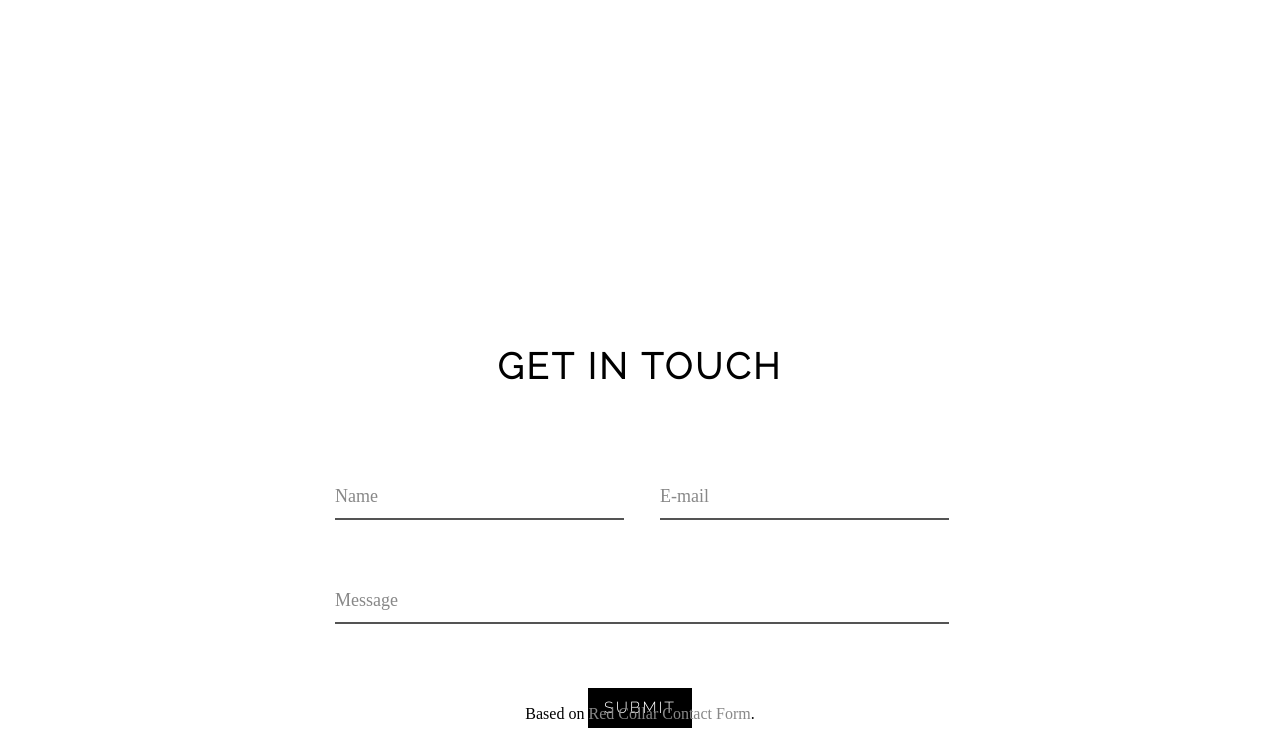
Repository: Alejandr0Aceved0/AWS_SERVICES_AND_INSTANCES
Page: register.html
An editor plug-in stored every save of this project. The page is shown before and after the next save, followed by the edit.
The browser window is 1280 px wide. The pictures show the whole page.
Some web fonts or font styles are not loaded; a fallback is used.

Above is the page before, as saved 2024-10-17 16:18:32.

### register.html
<!DOCTYPE html>
<html>

<head>
    <meta charset='utf-8'>
    <meta http-equiv='X-UA-Compatible' content='IE=edge'>
    <title>Register Page</title>
    <meta name='viewport' content='width=device-width, initial-scale=1'>
    <link rel='stylesheet' type='text/css' media='screen' href='styles/appRegister.css'>
    <script src='appRegister.js'></script>
</head>

<body>


    <section class="get-in-touch">
        <h1 class="title">Get in touch</h1>
        <form class="contact-form row">
           <div class="form-field col x-50">
              <input id="name" class="input-text js-input" type="text" required>
              <label class="label" for="name">Name</label>
           </div>
           <div class="form-field col x-50">
              <input id="email" class="input-text js-input" type="email" required>
              <label class="label" for="email">E-mail</label>
           </div>
           <div class="form-field col x-100">
              <input id="message" class="input-text js-input" type="text" required>
              <label class="label" for="message">Message</label>
           </div>
           <div class="form-field col x-100 align-center">
              <input class="submit-btn" type="submit" value="Submit">
           </div>
        </form>
     </section>
     <p class="note">Based on <a class="link" href="http://redcollar.digital/contacts/" target="blank">Red Collar Contact Form</a>.</p>


    <!-- <div class="form-field col x-50">
        <input id="name" class="input-text js-input" type="text" required>
        <label class="label" for="name">Name</label>
     </div>

    <p>
    <h1>Registro de usuario</h1>

    <input type="text" placeholder="Id usuario" class="form-input-text__FormInput-sc-xxedi2-0 form-input-text___StyledFormInput-sc-xxedi2-1 dzARff ldZduL">
    <br>

    <input type="text" placeholder="Nombre" class="form-input-text__FormInput-sc-xxedi2-0 form-input-text___StyledFormInput-sc-xxedi2-1 dzARff ldZduL">
    <br>

    <input type="text" placeholder="Apellido" class="form-input-text__FormInput-sc-xxedi2-0 form-input-text___StyledFormInput-sc-xxedi2-1 dzARff ldZduL">
    <br>

    <input type="text" placeholder="Area laboral" class="form-input-text__FormInput-sc-xxedi2-0 form-input-text___StyledFormInput-sc-xxedi2-1 dzARff ldZduL">
    <br>
    <br>

    <input type="text" placeholder="Click Me!" class="form-input-text__FormInput-sc-xxedi2-0 form-input-text___StyledFormInput-sc-xxedi2-1 dzARff ldZduL">
    <br>

    <button class="button-30" role="button">Registrar</button> -->
</body>

</html>

### styles/appRegister.css
@import url(https://fonts.googleapis.com/css?family=Raleway:300);
@import url(https://fonts.googleapis.com/css?family=Lusitana:400,700);

@mixin clearfix {
    &:after {
        content: "";
        display: table;
        clear: both;
    }
}

.align-center {
    text-align: center;
}


html {
    height: 100%;
}

body {
    height: 100%;
    position: relative;
}

.row {
    @include clearfix;
    margin: -20px 0;

    .col {
        padding: 0 20px;
        float: left;
        box-sizing: border-box;

        &.x-50 {
            width: 50%;
        }

        &.x-100 {
            width: 100%;
        }
    }
}

.content-wrapper {
    min-height: 100%;
    position: relative;
}

.get-in-touch {
    max-width: 650px;
    margin: 0 auto;
    position: relative;
    top: 50%;
    transform: translateY(-50%);

    .title {
        text-align: center;
        font-family: Raleway, sans-serif;
        text-transform: uppercase;
        letter-spacing: 3px;
        font-size: 36px;
        line-height: 48px;
        padding-bottom: 48px;
    }
}

.contact-form {
    .form-field {
        position: relative;
        margin: 32px 0;
    }

    .input-text {
        display: block;
        width: 100%;
        height: 36px;
        border-width: 0 0 2px 0;
        border-color: #000;
        font-family: Lusitana, serif;
        font-size: 18px;
        line-height: 26px;
        font-weight: 400;

        &:focus {
            outline: none;
        }

        &:focus,
        &.not-empty {
            +.label {
                transform: translateY(-24px);
            }
        }
    }

    .label {
        position: absolute;
        left: 20px;
        bottom: 11px;
        font-family: Lusitana, serif;
        font-size: 18px;
        line-height: 26px;
        font-weight: 400;
        color: #888;
        cursor: text;
        transition: transform .2s ease-in-out;
    }

    .submit-btn {
        display: inline-block;
        background-color: #000;
        color: #fff;
        font-family: Raleway, sans-serif;
        text-transform: uppercase;
        letter-spacing: 2px;
        font-size: 16px;
        line-height: 24px;
        padding: 8px 16px;
        border: none;
        cursor: pointer;
    }
}

.note {
    position: absolute;
    left: 0;
    bottom: 10px;
    width: 100%;
    text-align: center;
    font-family: Lusitana, serif;
    font-size: 16px;
    line-height: 21px;

    .link {
        color: #888;
        text-decoration: none;

        &:hover {
            text-decoration: underline;
        }
    }
}


.button-30 {
    align-items: center;
    appearance: none;
    background-color: #FCFCFD;
    border-radius: 4px;
    border-width: 0;
    box-shadow: rgba(45, 35, 66, 0.4) 0 2px 4px, rgba(45, 35, 66, 0.3) 0 7px 13px -3px, #D6D6E7 0 -3px 0 inset;
    box-sizing: border-box;
    color: #36395A;
    cursor: pointer;
    display: inline-flex;
    font-family: "JetBrains Mono", monospace;
    height: 48px;
    justify-content: center;
    line-height: 1;
    list-style: none;
    overflow: hidden;
    padding-left: 16px;
    padding-right: 16px;
    position: relative;
    text-align: left;
    text-decoration: none;
    transition: box-shadow .15s, transform .15s;
    user-select: none;
    -webkit-user-select: none;
    touch-action: manipulation;
    white-space: nowrap;
    will-change: box-shadow, transform;
    font-size: 18px;
}

.button-30:focus {
    box-shadow: #D6D6E7 0 0 0 1.5px inset, rgba(45, 35, 66, 0.4) 0 2px 4px, rgba(45, 35, 66, 0.3) 0 7px 13px -3px, #D6D6E7 0 -3px 0 inset;
}

.button-30:hover {
    box-shadow: rgba(45, 35, 66, 0.4) 0 4px 8px, rgba(45, 35, 66, 0.3) 0 7px 13px -3px, #D6D6E7 0 -3px 0 inset;
    transform: translateY(-2px);
}

.button-30:active {
    box-shadow: #D6D6E7 0 3px 7px inset;
    transform: translateY(2px);
}

Loaded but not shown: appRegister.js (no copy from this time; the picture is the same without it)

After the next save:
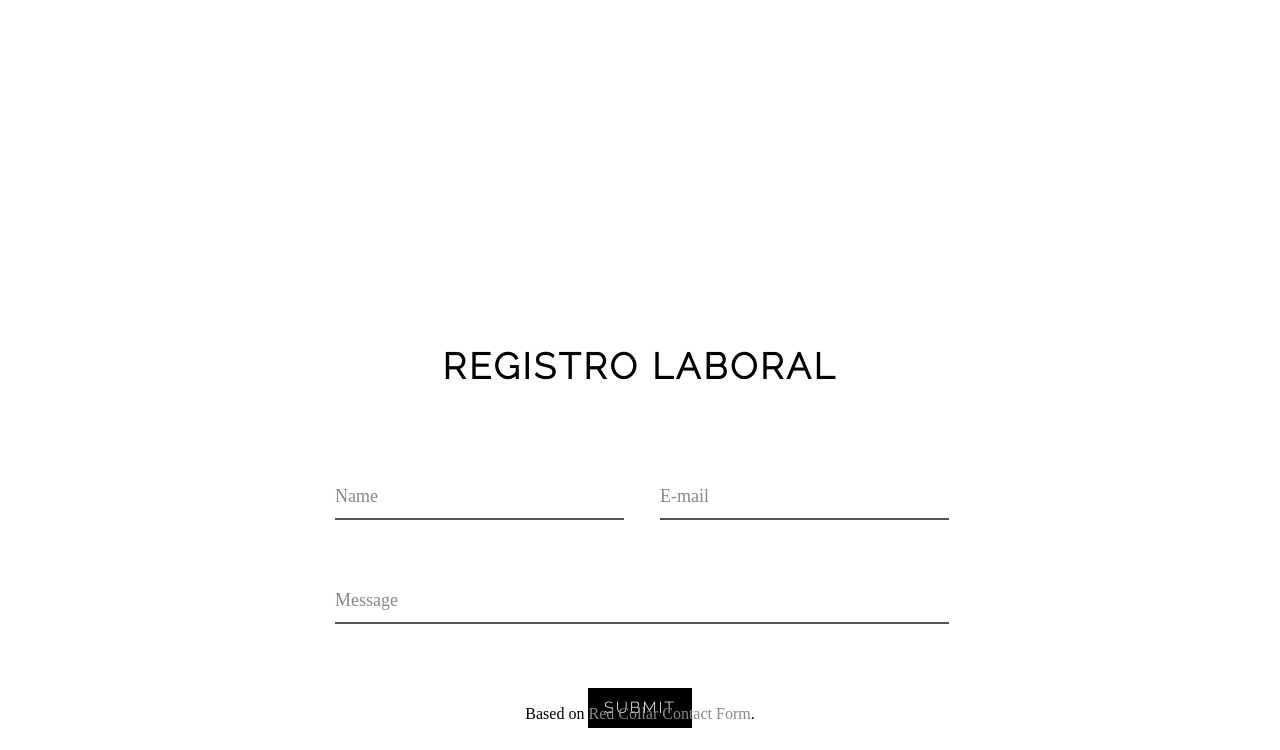
Saved 21 s later.
--- a/register.html
+++ b/register.html
@@ -12,9 +12,8 @@
 
 <body>
 
-
     <section class="get-in-touch">
-        <h1 class="title">Get in touch</h1>
+        <h1 class="title">Registro Laboral</h1>
         <form class="contact-form row">
            <div class="form-field col x-50">
               <input id="name" class="input-text js-input" type="text" required>
